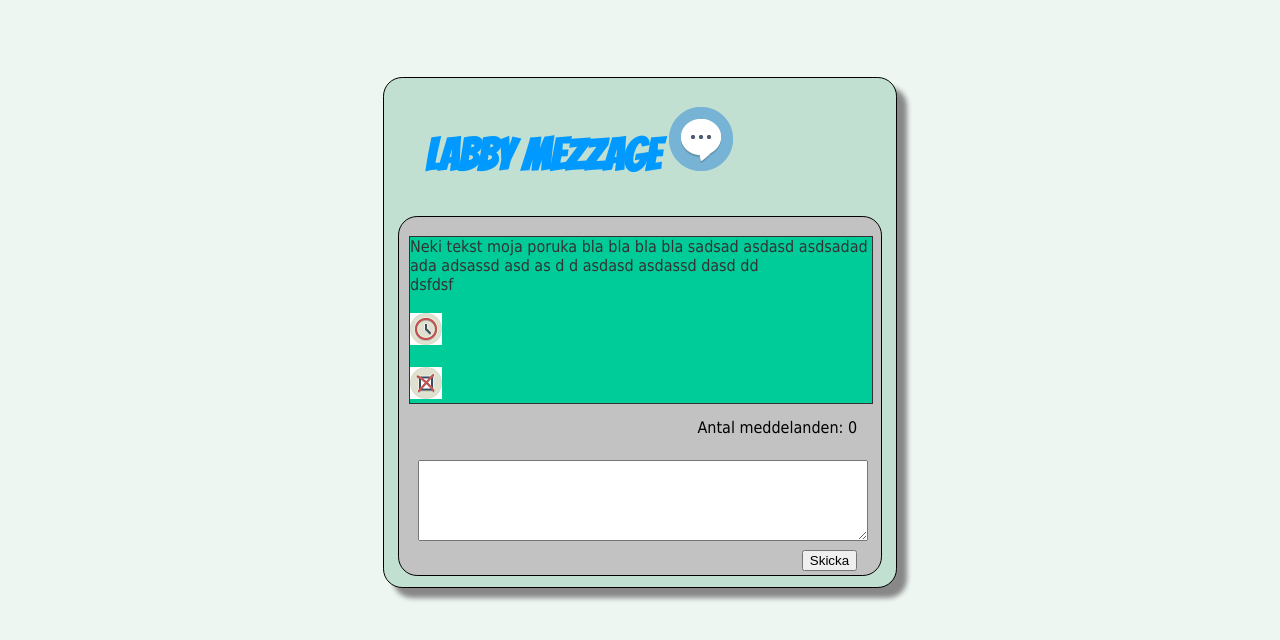
Repository: jb223cp/1dv403-laborationer
Page: 2-labbymezzage/index.html
The author's editor kept a record of every edit. The page is drawn from the files as they stood at one moment, then again after the next edit.
The browser window is 1280 px wide. The pictures show the whole page.

Above is the page before.
Console error: ReferenceError: Message is not defined

After the next edit:
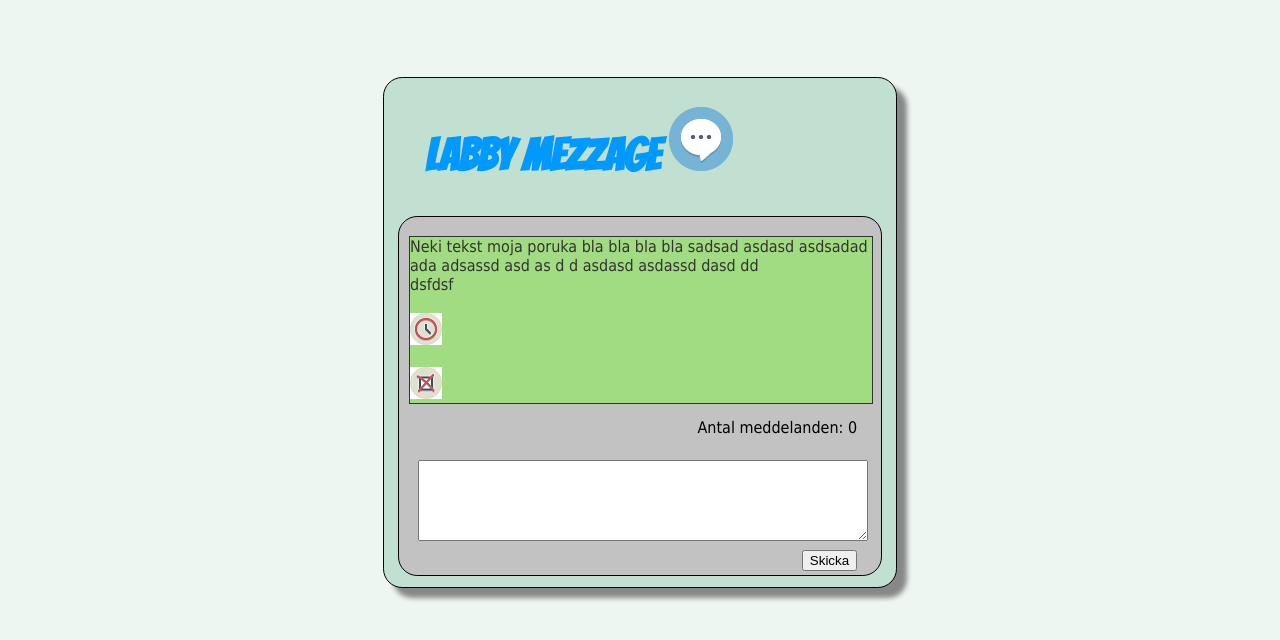
The edit:
--- a/2-labbymezzage/main.css
+++ b/2-labbymezzage/main.css
@@ -70,7 +70,7 @@
 
 }
 article{
-    background-color:#00CC99;
+    background-color:#A2DC82;
     border-style: solid;
     border-width: 1px;
     border-color:#333333;
